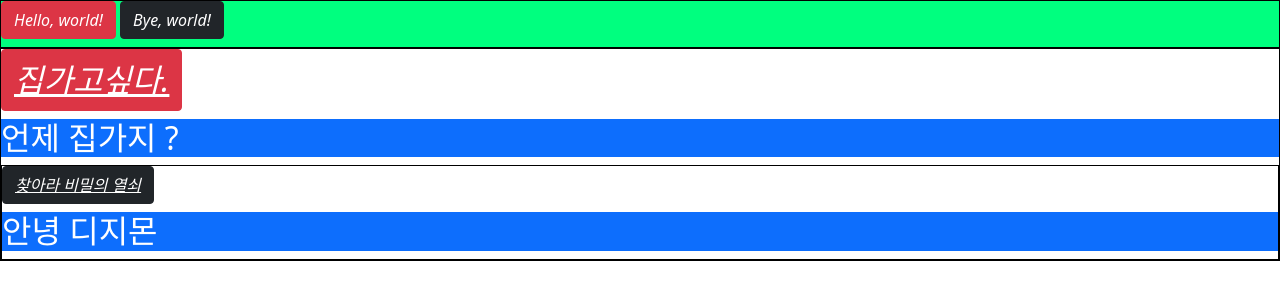
Repository: mobey3/JspProject
Page: http://localhost/JS_JSP/
An editor plug-in stored every save of this project. The page is shown before and after the next save, followed by the edit.
The browser window is 1280 px wide. The pictures show the whole page.
The page is served by Tomcat 9. Other server files are loaded and not shown.

Above is the page before, as saved 2021-07-20 01:49:31.

### 0720/JS_JSP/src/main/webapp/index.jsp
<%@ page language="java" contentType="text/html; charset=EUC-KR"
    pageEncoding="EUC-KR"%>
<!doctype html>
<html lang="en">
  <head>
    <!-- Required meta tags -->
    <meta charset="utf-8">
    <meta name="viewport" content="width=device-width, initial-scale=1">

    <!-- Bootstrap CSS -->
    <link href="https://cdn.jsdelivr.net/npm/bootstrap@5.0.2/dist/css/bootstrap.min.css" rel="stylesheet" integrity="sha384-EVSTQN3/azprG1Anm3QDgpJLIm9Nao0Yz1ztcQTwFspd3yD65VohhpuuCOmLASjC" crossorigin="anonymous">

    <title>Hello, world!</title>
    <style>
    	#Hello {
    	color : red
    	}
    	#Bye {
    	color : yellow
    	}
    	.btn{
    	font-style : italic
    	}
    	div.ldj{
    	background : springgreen
    	}
    	div{
    	border : 1px solid black
    	}
    	.lng>h1{
    	font-size: xx-large
    	}
    	.lng h1
    	{
    	text-decoration : underline
    	}


    </style>
  </head>
  <body>
  <div class ="ldj">
    <h1 class="btn btn-danger">Hello, world!</h1>
    <h1 class="btn btn-dark">Bye, world!</h1>
    </div>
  <div class="lng">
    <h1 class="btn btn-danger">집가고싶다.</h1>
    <h2 class="btn-primary">언제 집가지 ? </h2>
    <div>
    <h1 class="btn btn-dark">찾아라 비밀의 열쇠</h1>
    <h2 class="btn-primary">안녕 디지몬</h2>
    </div>
    </div>

    <!-- Optional JavaScript; choose one of the two! -->

    <!-- Option 1: Bootstrap Bundle with Popper -->
    <script src="https://cdn.jsdelivr.net/npm/bootstrap@5.0.2/dist/js/bootstrap.bundle.min.js" integrity="sha384-MrcW6ZMFYlzcLA8Nl+NtUVF0sA7MsXsP1UyJoMp4YLEuNSfAP+JcXn/tWtIaxVXM" crossorigin="anonymous"></script>

    <!-- Option 2: Separate Popper and Bootstrap JS -->
    <!--
    <script src="https://cdn.jsdelivr.net/npm/@popperjs/core@2.9.2/dist/umd/popper.min.js" integrity="sha384-IQsoLXl5PILFhosVNubq5LC7Qb9DXgDA9i+tQ8Zj3iwWAwPtgFTxbJ8NT4GN1R8p" crossorigin="anonymous"></script>
    <script src="https://cdn.jsdelivr.net/npm/bootstrap@5.0.2/dist/js/bootstrap.min.js" integrity="sha384-cVKIPhGWiC2Al4u+LWgxfKTRIcfu0JTxR+EQDz/bgldoEyl4H0zUF0QKbrJ0EcQF" crossorigin="anonymous"></script>
    -->

  </body>
</html>

After the next save:
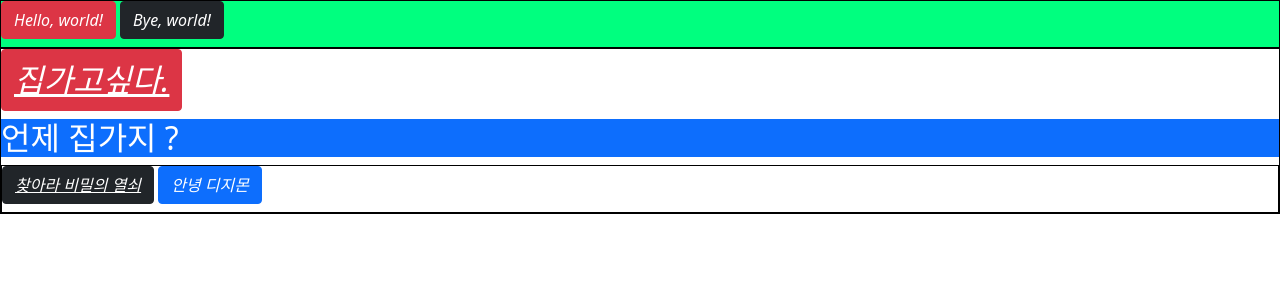
Saved 23 s later.
--- a/0720/JS_JSP/src/main/webapp/index.jsp
+++ b/0720/JS_JSP/src/main/webapp/index.jsp
@@ -48,7 +48,7 @@
     <h2 class="btn-primary">언제 집가지 ? </h2>
     <div>
     <h1 class="btn btn-dark">찾아라 비밀의 열쇠</h1>
-    <h2 class="btn-primary">안녕 디지몬</h2>
+    <h2 class="btn btn-primary">안녕 디지몬</h2>
     </div>
     </div>
 
